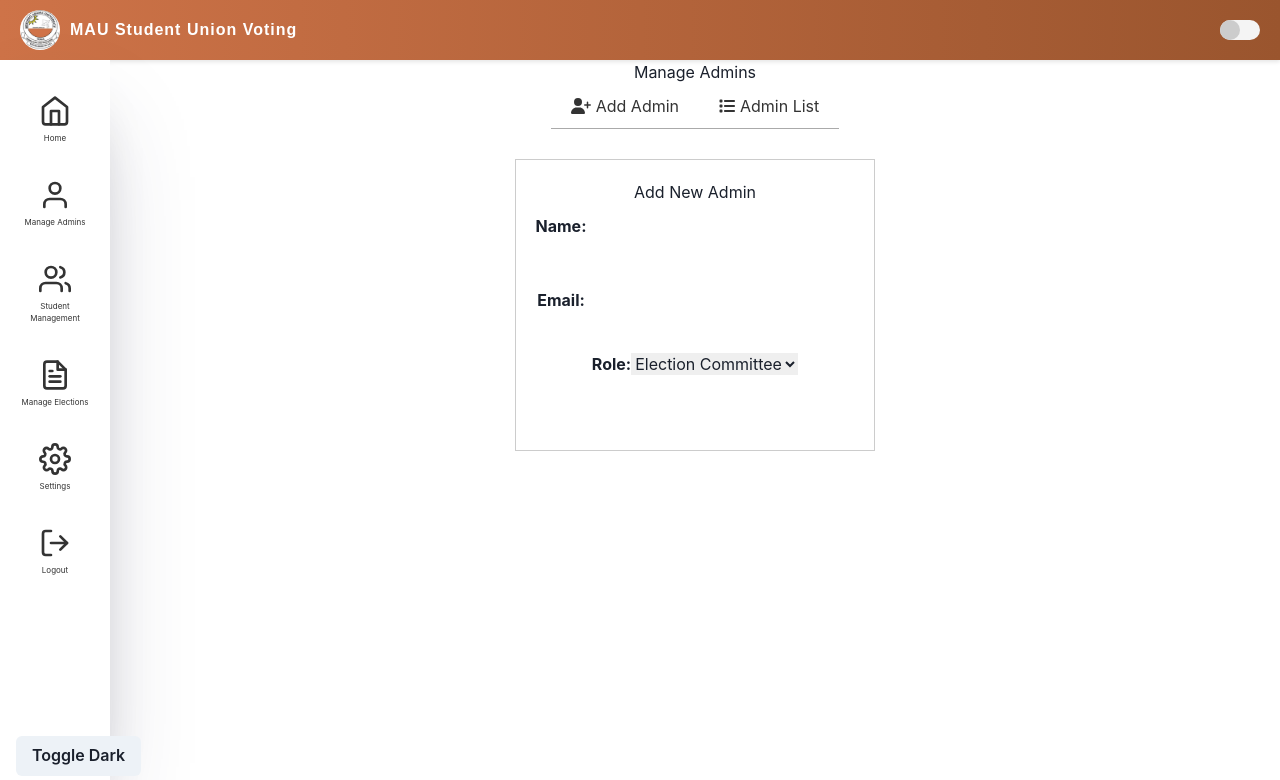
Repository: joena1o/e-vote
Page: /admin-dashboard/manage-admin
The author's editor kept a copy of each file at every save. The page is drawn from the files as they stood at one save, then again after the next save.
The browser window is 1280 px wide. The pictures show the whole page.
The project was rebuilt for these pictures with package versions that can differ from the ones it lists, and the page was loaded fresh each time. Also part of the build but not shown: src/components/EnhancedLogin.js, src/components/maincontent/RegisterStudents/ManageStudents.js, src/components/maincontent/RegisterStudents/RegisterStudents.js, src/components/maincontent/RegisterStudents/StudentManagement.js, src/components/maincontent/ElectionResults/ViewResults.js, src/components/maincontent/Settings/Settings.js, src/api/index.js, src/components/maincontent/home/Home.styles.js and 5 more.

Above is the page before, as saved 2023-10-15 17:53:57.

### src/App.js
import React from 'react';
import { BrowserRouter as Router, Routes, Route, Navigate } from 'react-router-dom';
import EnhancedLogin from './components/EnhancedLogin';
import AdminDashboard from './components/AdminDashboard';
import { ChakraProvider, ColorModeProvider, Button, useColorMode } from '@chakra-ui/react';
import { Provider } from 'react-redux';
import store from './Redux/store';

// Component to toggle dark mode
function DarkModeToggle() {
  const { colorMode, toggleColorMode } = useColorMode();
  return (
    <Button onClick={toggleColorMode} position="fixed" m={4} zIndex={10}>
      Toggle {colorMode === 'light' ? 'Dark' : 'Light'}
    </Button>
  );
}

function App() {
  // Check if the current route is not the "/login" route, then render the DarkModeToggle
  const isLoginPage = window.location.pathname === '/login';

  return (
    <Provider store={store}>
      <ChakraProvider>
        <ColorModeProvider options={{ useSystemColorMode: true }}>
          <Router>
            <Routes>
              {/* Define your routes */}
              <Route path="/login" element={<EnhancedLogin />} />
              <Route path="/admin-dashboard/*" element={<AdminDashboard />} />
              {/* Redirect root to /admin-dashboard */}
              <Route path="/" element={<Navigate to="/admin-dashboard" replace />} />
            </Routes>
          </Router>
          {/* Render DarkModeToggle only if not on the "/login" page */}
          {!isLoginPage && <DarkModeToggle />}
        </ColorModeProvider>
      </ChakraProvider>
    </Provider>
  );
}

export default App;

### src/components/AdminDashboard.js
// AdminDashboard.js
import React from 'react';
import { Routes, Route } from 'react-router-dom';
import StudentManagement from './maincontent/RegisterStudents/StudentManagement';
import ViewResults from './maincontent/ElectionResults/ViewResults';
import Settings from './maincontent/Settings/Settings';
import Home from './maincontent/home/Home';
import ManageAdmin from './maincontent/ManageAdmins/ManageAdmins';
import ManageElections from './maincontent/ManageElections/ManageElections';
import Sidebar from './Sidebar';
import Navbar from './Navbar';
import styled from 'styled-components';

const Container = styled.div`
  display: flex;
  flex-direction: column;
  /* Add the following line to ensure Container fills the screen height */
  height: 100vh;
  width: 100%; /* Use 100% to fill the entire width of the screen */
`;


const Content = styled.div`
  display: flex;
  /* Add the following line to ensure Content fills the remaining screen space */
  flex: 1;
`;

const AdminDashboard = () => {
  return (
    <Container>
      <Navbar />
      <Content>
        <Sidebar />
        <Routes>
          <Route index element={<Home />} />
          <Route path="student-management" element={<StudentManagement />} />
          <Route path="view-results" element={<ViewResults />} />
          <Route path="settings" element={<Settings />} />
          <Route path="manage-admin" element={<ManageAdmin />} />
          <Route path="manage-elections" element={<ManageElections />} />
        </Routes>
      </Content>
    </Container>
  );
};

export default AdminDashboard;

### src/Redux/store.js
import { configureStore } from '@reduxjs/toolkit';
import electionReducer from './electionSlice';
import studentsReducer from './studentsSlice'; // Assuming you have a studentsSlice

const store = configureStore({
  reducer: {
    elections: electionReducer,
    students: studentsReducer, // Add the students reducer here
  },
});

export default store;

### src/components/maincontent/ManageAdmins/ManageAdmins.js
import React, { useState } from 'react';
import { Tab, TabList, TabPanel, Tabs } from 'react-tabs';
import 'react-tabs/style/react-tabs.css'; // Import styles for react-tabs
import styled from 'styled-components';
import AddAdmin from './AddAdmin';
import AdminList from './AdminList';
import { FontAwesomeIcon } from '@fortawesome/react-fontawesome';
import { faUserPlus, faList } from '@fortawesome/free-solid-svg-icons'; // Import Font Awesome icons

const FullHeightContainer = styled.div`
  height: 100%;
  display: flex;
  flex-direction: column;
  justify-content: flex-start;
  align-items: center;
  width: 100%;
`;

const TabsContainer = styled.div`
  text-align: center;
  width: 100%;
  max-width: 1200px;
  flex: 1;
  display: flex;
  flex-direction: column;
  align-items: center;
`;

const StyledTab = styled(Tab)`
  padding: 10px 20px;
  color: #333;
  cursor: pointer;
  margin: 0;
  display: flex;
  align-items: center;
  justify-content: center;
  transition: background-color 0.2s ease-in-out;

  &:hover {
    background-color: #e0e0e0;
  }

  &.react-tabs__tab--selected {
    background-color: #fff;
    border: none; /* Remove the border */
    border-radius: 5px 5px 0 0;
  }
`;

const IconWrapper = styled.div`
  margin-right: 5px;
`;

const ManageAdmins = () => {
  const [activeTab, setActiveTab] = useState(0);

  const handleTabChange = (index) => {
    setActiveTab(index);
  };

  return (
    <FullHeightContainer>
      <h1>Manage Admins</h1>
      <TabsContainer>
        <Tabs selectedIndex={activeTab} onSelect={handleTabChange}>
          <TabList style={{ display: 'flex', justifyContent: 'center' }}>
            <StyledTab>
              <IconWrapper>
                <FontAwesomeIcon icon={faUserPlus} />
              </IconWrapper>
              Add Admin
            </StyledTab>
            <StyledTab>
              <IconWrapper>
                <FontAwesomeIcon icon={faList} />
              </IconWrapper>
              Admin List
            </StyledTab>
          </TabList>
        </Tabs>
        <Tabs selectedIndex={activeTab} onSelect={handleTabChange}>
          <TabPanel>
            <AddAdmin />
          </TabPanel>
          <TabPanel>
            <AdminList />
          </TabPanel>
        </Tabs>
      </TabsContainer>
    </FullHeightContainer>
  );
};

export default ManageAdmins;

### src/components/Sidebar.js
import React from 'react';
import styled from 'styled-components';
import { Link } from 'react-router-dom';
import { FiHome, FiUser, FiUsers, FiFileText, FiSettings, FiLogOut } from 'react-icons/fi';
import { useColorMode } from '@chakra-ui/react';

const SidebarContainer = styled.nav`
  background: ${props => (props.theme === 'dark' ? '#333' : 'white')};
  padding: 15px;
  height: 100vh;
  color: ${props => (props.theme === 'dark' ? '#fff' : '#333')};
  box-shadow: rgba(50, 50, 93, 0.25) 0px 50px 100px -20px, rgba(0, 0, 0, 0.3) 0px 30px 60px -30px;
  display: flex;
  flex-direction: column;
`;

const LinkList = styled.ul`
  list-style-type: none;
  padding: 0;
  flex: 1;
`;

const StyledLink = styled(Link)`
  text-decoration: none;
  color: ${props => (props.theme === 'dark' ? '#fff' : '#333')};
  display: flex;
  flex-direction: column;
  align-items: center;
  transition: color 0.3s ease;
  margin-bottom: 15px;
  cursor: pointer;
  font-size: 0.5rem;

  @media (max-width: 768px) {
    font-size: 0.4rem;
  }

  @media (max-width: 480px) {
    font-size: 0.3rem;
  }

  &:hover {
    color: #ce7348;
  }

  width: 80px;
  text-align: center;
  word-wrap: break-word;
  overflow-wrap: break-word;
`;

const LinkItem = styled.li`
  display: flex;
  align-items: center;
  margin-top: 20px;
`;

const Icon = styled.div`
  font-size: 2rem;

  @media (max-width: 768px) {
    font-size: 0.9rem;
  }

  @media (max-width: 480px) {
    font-size: 0.8rem;
  }

  margin-bottom: 5px;
`;

function Sidebar() {
  const { colorMode } = useColorMode();

  return (
    <SidebarContainer theme={colorMode}>
      <LinkList>
        <LinkItem>
          <StyledLink to="/admin-dashboard" theme={colorMode}>
            <Icon><FiHome /></Icon>
            Home
          </StyledLink>
        </LinkItem>
        <LinkItem>
          <StyledLink to="/admin-dashboard/manage-admin" theme={colorMode}>
            <Icon><FiUser /></Icon>
            Manage Admins
          </StyledLink>
        </LinkItem>
        <LinkItem>
          <StyledLink to="/admin-dashboard/student-management" theme={colorMode}>
            <Icon><FiUsers /></Icon>
            Student Management
          </StyledLink>
        </LinkItem>
        <LinkItem>
          <StyledLink to="/admin-dashboard/manage-elections" theme={colorMode}>
            <Icon><FiFileText /></Icon>
            Manage Elections
          </StyledLink>
        </LinkItem>
        <LinkItem>
          <StyledLink to="/admin-dashboard/settings" theme={colorMode}>
            <Icon><FiSettings /></Icon>
            Settings
          </StyledLink>
        </LinkItem>
        <LinkItem>
          <StyledLink to="/logout" theme={colorMode}>
            <Icon><FiLogOut /></Icon>
            Logout
          </StyledLink>
        </LinkItem>
      </LinkList>
    </SidebarContainer>
  );
}

export default Sidebar;

### src/components/Navbar.js
import React from 'react';
import styled, { createGlobalStyle } from 'styled-components';
import logo from '../assets/school_logo.jpg';
import { useColorMode } from '@chakra-ui/react';

const GlobalStyle = createGlobalStyle`
  body {
    background-color: ${props => (props.theme === 'dark' ? '#333' : '#fff')};
    color: ${props => (props.theme === 'dark' ? '#fff' : '#000')};
  }
`;

const Header = styled.header`
  background: linear-gradient(to right, #ce7348, #9a552e);
  color: white;
  padding: 10px 20px;
  display: flex;
  align-items: center;
  justify-content: flex-start;
  box-shadow: 0px 2px 4px rgba(0, 0, 0, 0.1);
  font-family: 'Poppins', sans-serif;
`;

const Logo = styled.img`
  width: 40px;
  height: 40px;
  border-radius: 20px;
  margin-right: 10px;
`;

const Title = styled.h1`
  margin: 0;
  padding: 0;
  font-size: 1rem;
  font-weight: 600;
  letter-spacing: 1px;
`;

const ToggleSlider = styled.label`
  display: flex;
  align-items: center;
  cursor: pointer;
  margin-left: auto;
`;

const SliderInput = styled.input.attrs({ type: 'checkbox' })`
  display: none;
`;

const Slider = styled.div`
  width: 40px;
  height: 20px;
  background-color: ${props => (props.theme === 'dark' ? '#333' : '#f4f4f4')};
  border-radius: 20px;
  position: relative;
  transition: background-color 0.3s ease;
  cursor: pointer;

  &::after {
    content: '';
    width: 20px;
    height: 20px;
    border-radius: 50%;
    background-color: ${props => (props.theme === 'dark' ? '#fff' : '#ccc')};
    position: absolute;
    top: 50%;
    transform: translateY(-50%);
    left: ${props => (props.theme === 'dark' ? '20px' : '0')};
    transition: left 0.3s ease;
  }
`;

function Navbar() {
  const { colorMode, toggleColorMode } = useColorMode(); // Use Chakra UI's useColorMode hook

  return (
    <>
      <GlobalStyle theme={colorMode} />
      <Header>
        <Logo src={logo} alt="University Logo" />
        <Title>MAU Student Union Voting</Title>
        <ToggleSlider>
          <SliderInput type="checkbox" onChange={toggleColorMode} />
          <Slider theme={colorMode} />
        </ToggleSlider>
      </Header>
    </>
  );
}

export default Navbar;

### src/Redux/electionSlice.js
/*import { createSlice, createAsyncThunk } from '@reduxjs/toolkit';
import { API, graphqlOperation } from 'aws-amplify';
import { createElection as createElectionAPI } from '../graphql/mutations';

export const createElection = createAsyncThunk(
  'elections/createElection',
  async (election, { rejectWithValue }) => {
    try {
      const result = await API.graphql(graphqlOperation(createElectionAPI, { input: election }));
      return result.data.createElection;
    } catch (error) {
      return rejectWithValue(error);
    }
  }
);

const electionSlice = createSlice({
  name: 'elections',
  initialState: [],
  reducers: {},
  extraReducers: (builder) => {
    builder.addCase(createElection.fulfilled, (state, action) => {
      state.push(action.payload);
    });
  },
});

export default electionSlice.reducer;
*/

### src/Redux/studentsSlice.js
import { createSlice } from '@reduxjs/toolkit';

export const studentsSlice = createSlice({
  name: 'students',
  initialState: [],
  reducers: {
    addStudents: (state, action) => {
      // Add students to the Redux store
      action.payload.forEach(student => {
        state.push(student);
      });
    },
  },
});

export const { addStudents } = studentsSlice.actions;

export default studentsSlice.reducer;

### src/components/maincontent/ManageAdmins/AddAdmin.js
import React, { useState } from 'react';
import styled from 'styled-components';
import { API, Auth } from 'aws-amplify';
import { toast, ToastContainer } from 'react-toastify';
import 'react-toastify/dist/ReactToastify.css';

// Styled components
const Container = styled.div`
  margin: 20px;
  padding: 20px;
  border: 1px solid #ccc;
`;

const Form = styled.form`
  display: flex;
  flex-direction: column;
  max-width: 400px;
  margin: 0 auto;
`;

const Label = styled.label`
  margin-bottom: 10px;
  font-weight: bold;
`;

const Input = styled.input`
  padding: 10px;
  margin-bottom: 20px;
`;

const Button = styled.button`
  background-color: linear-gradient(to right, #ce7348, #9a552e);
  color: #fff;
  padding: 10px;
  border: none;
  cursor: pointer;
`;

function AddAdmin() {
    const [adminData, setAdminData] = useState({
      name: '',
      email: '',
      role: 'Election Committee',
    });

    const handleChange = (e) => {
      const { name, value } = e.target;
      setAdminData({
        ...adminData,
        [name]: value,
      });
    };

    const handleSubmit = async (e) => {
      e.preventDefault();

      try {
        const temporaryPassword = Math.random().toString(36).slice(-8);

        const signUpResponse = await Auth.signUp({
          username: adminData.email,
          password: temporaryPassword,
          attributes: {
            email: adminData.email,
          },
        });

        if (!signUpResponse.userConfirmed) {
          // Assuming you want to use the temporary password as the new password upon first login
          await Auth.completeNewPassword(signUpResponse, temporaryPassword);
        }

        const apiResponse = await API.post('AdminAPI', '/admins', {
          body: adminData,
        });

        console.log('Admin Added:', apiResponse);

        toast.success('Admin added successfully! An email with a temporary password has been sent.', {
          position: 'top-right',
          autoClose: 5000,
          hideProgressBar: false,
          closeOnClick: true,
          pauseOnHover: true,
          draggable: true,
          progress: undefined,
        });

        setAdminData({
          name: '',
          email: '',
          role: 'Election Committee',
        });
      } catch (error) {
        console.error('Error adding admin:', error);

        toast.error('Error adding admin. Please try again.', {
          position: 'top-right',
          autoClose: 5000,
          hideProgressBar: false,
          closeOnClick: true,
          pauseOnHover: true,
          draggable: true,
          progress: undefined,
        });
      }
    };

    return (
      <Container>
        <h3>Add New Admin</h3>
        <Form onSubmit={handleSubmit}>
          <Label>
            Name:
            <Input type="text" name="name" value={adminData.name} onChange={handleChange} required />
          </Label>
          <Label>
            Email:
            <Input type="email" name="email" value={adminData.email} onChange={handleChange} required />
          </Label>
          <Label>
            Role:
            <select name="role" value={adminData.role} onChange={handleChange} required>
              <option value="Election Committee">Election Committee</option>
              <option value="Super Admin">Super Admin</option>
              <option value="Student Affairs">Student Affairs</option>
            </select>
          </Label>
          <Button type="submit">Add Admin</Button>
        </Form>
        <ToastContainer />
      </Container>
    );
  }

  export default AddAdmin;

Loaded but not shown: public/index.html (common file); src/index.js (common file); src/index.css (common file); src/reportWebVitals.js (common file)

After the next save:
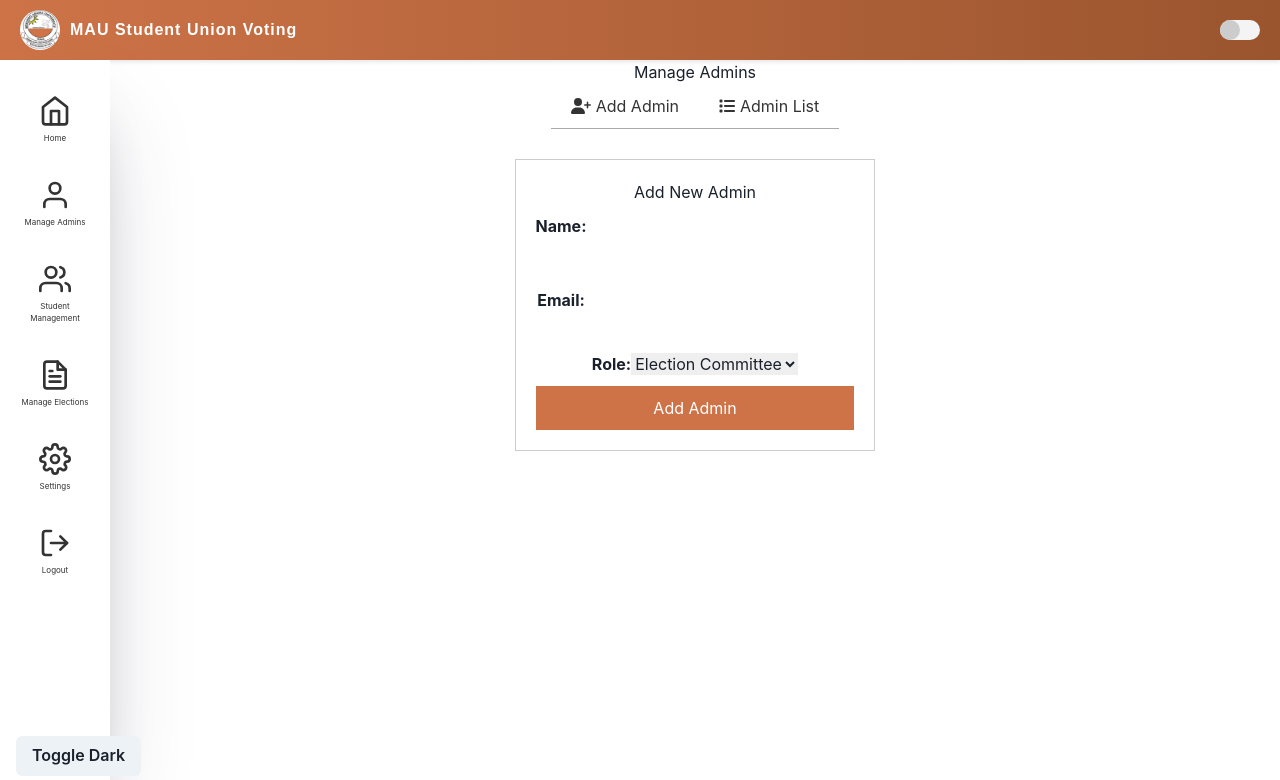
Saved 47 s later.
--- a/src/components/maincontent/ManageAdmins/AddAdmin.js
+++ b/src/components/maincontent/ManageAdmins/AddAdmin.js
@@ -29,7 +29,7 @@ const Input = styled.input`
 `;
 
 const Button = styled.button`
-  background-color: linear-gradient(to right, #ce7348, #9a552e);
+  background-color: #ce7348;
   color: #fff;
   padding: 10px;
   border: none;
